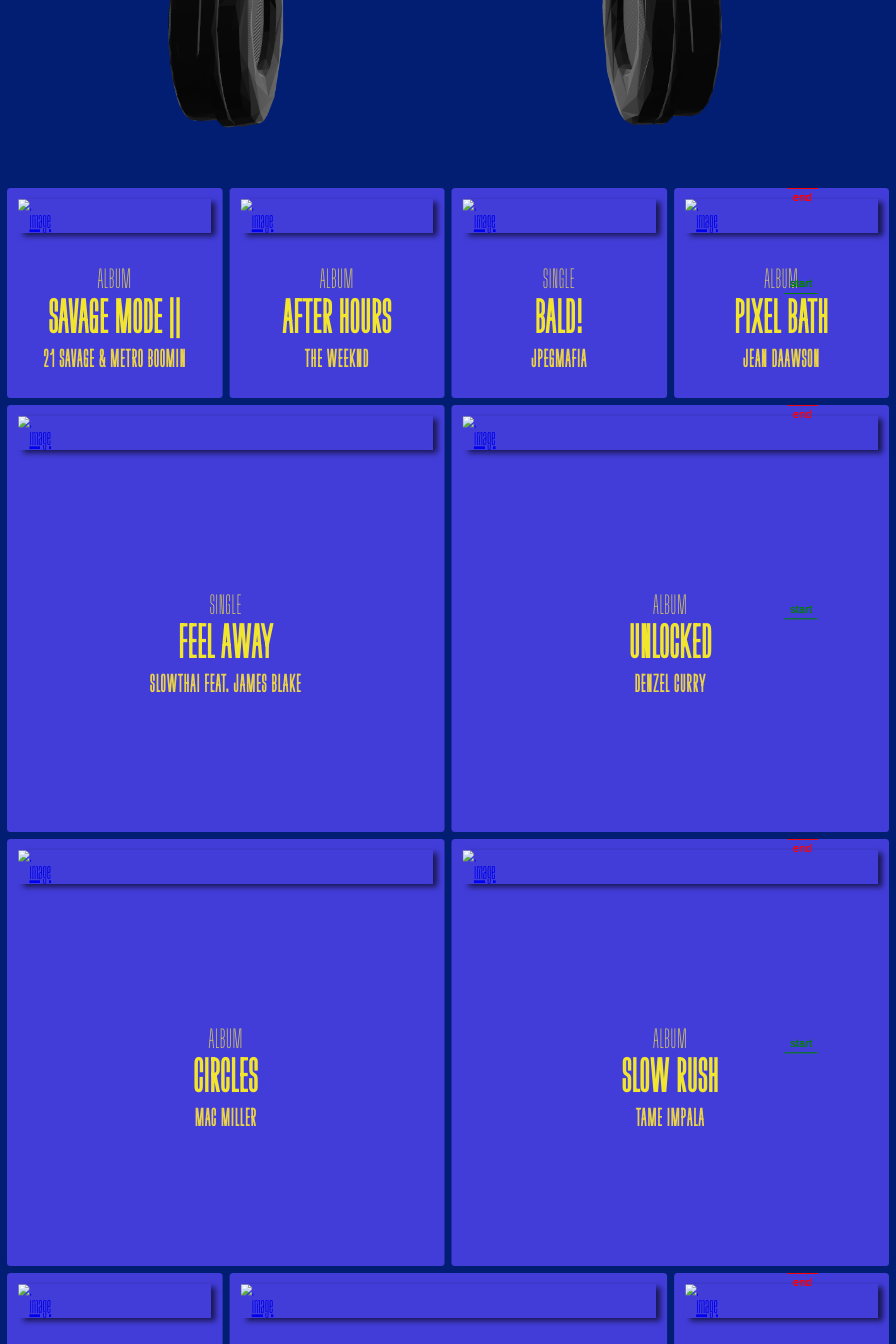
Repository: Spreceriany/musicly2020
Page: /
These files come from the project's save history. The page is drawn as it stood at one moment and after the next save; the edit follows.
The browser window is 1280 px wide. The pictures show the part of the page from y = 491 to 2411 px (the page is 6055 px tall), at 70% of full size.
Backgrounds fixed to the window are drawn as part of the page. Some web libraries are served in a nearby version. The project was rebuilt for these pictures with package versions that can differ from the ones it lists, and the page was loaded fresh each time.

Above is the page before, as saved 2021-01-18 15:53:24.
Console error: ReferenceError: Blazy is not defined

After the next save:
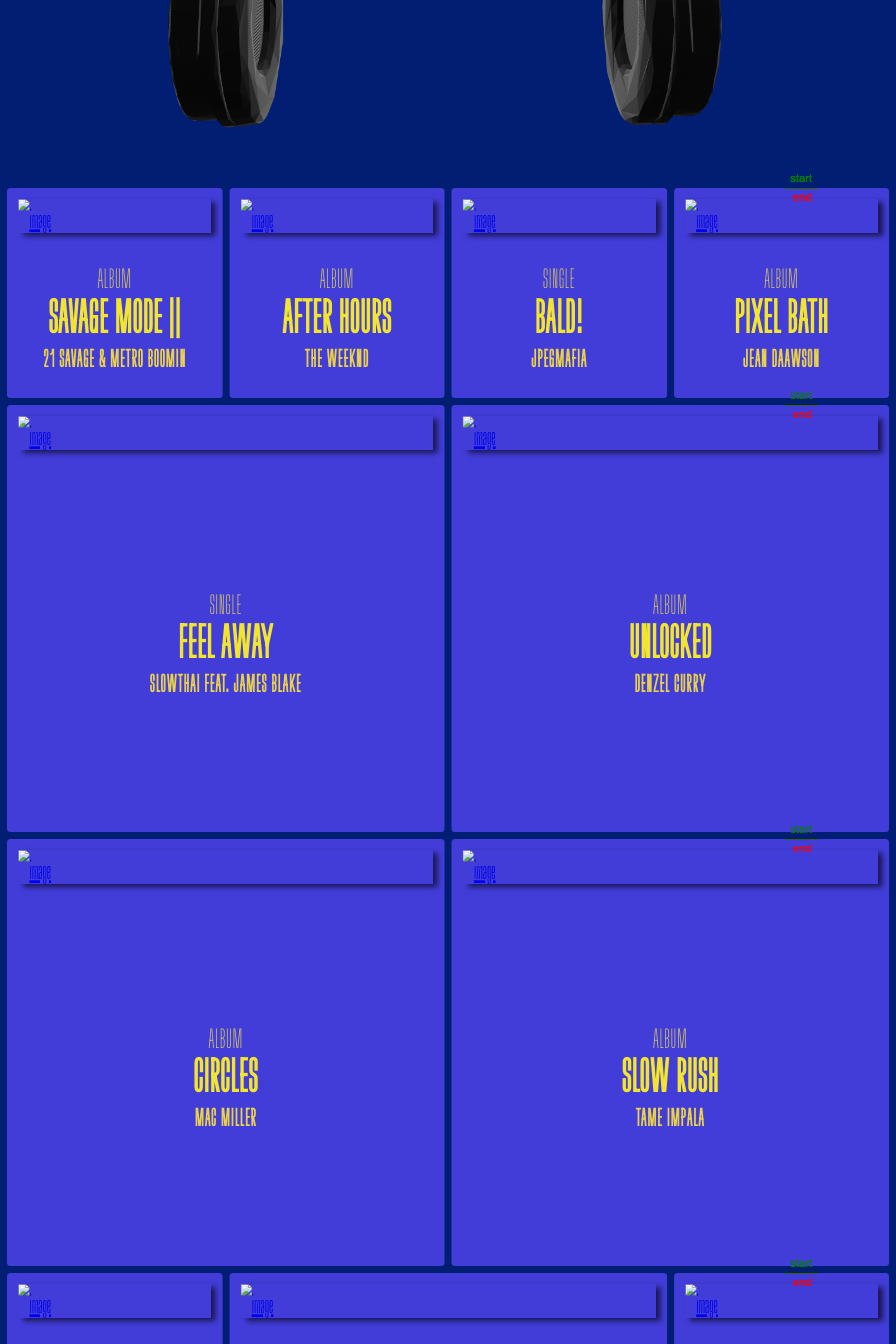
Saved 114 s later.
--- a/js/main.js
+++ b/js/main.js
@@ -2,7 +2,7 @@
 gsap.registerPlugin(ScrollTrigger);
 
 ScrollTrigger.batch(".grid-item", {
-  start: "center 50%",
+  start: "top 50%",
   end:"top 0%",
   markers:true,
   onEnter: (batch) =>
